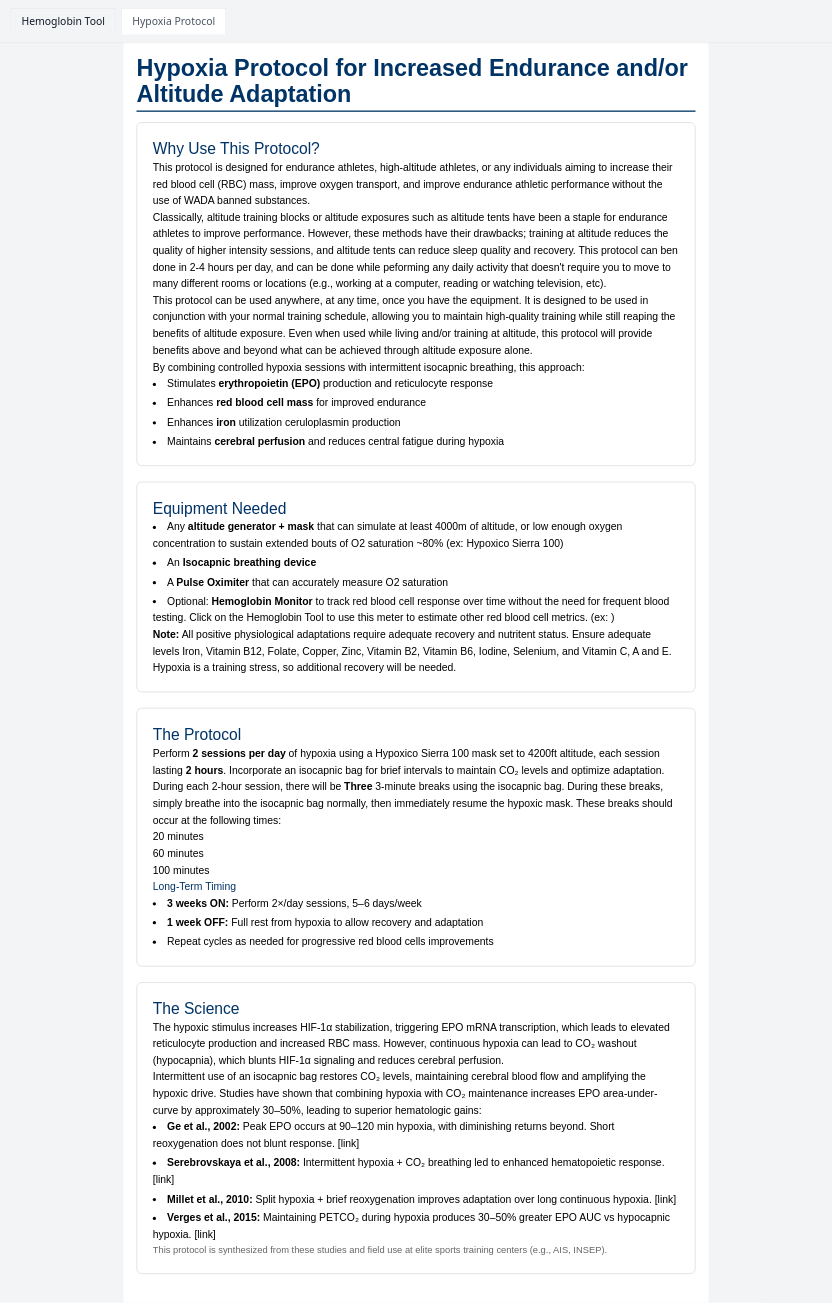
Repository: austenhughes1/hemoglobin_rbc_metrics
Page: hypoxia_protocol.html
An editor plug-in stored every save of this project. The page is shown before and after the next save, followed by the edit.
The browser window is 1280 px wide. The pictures show the whole page, at 65% of full size.
Some web libraries are served in a nearby version.

Above is the page before, as saved 2025-06-25 16:08:03.

After the next save:
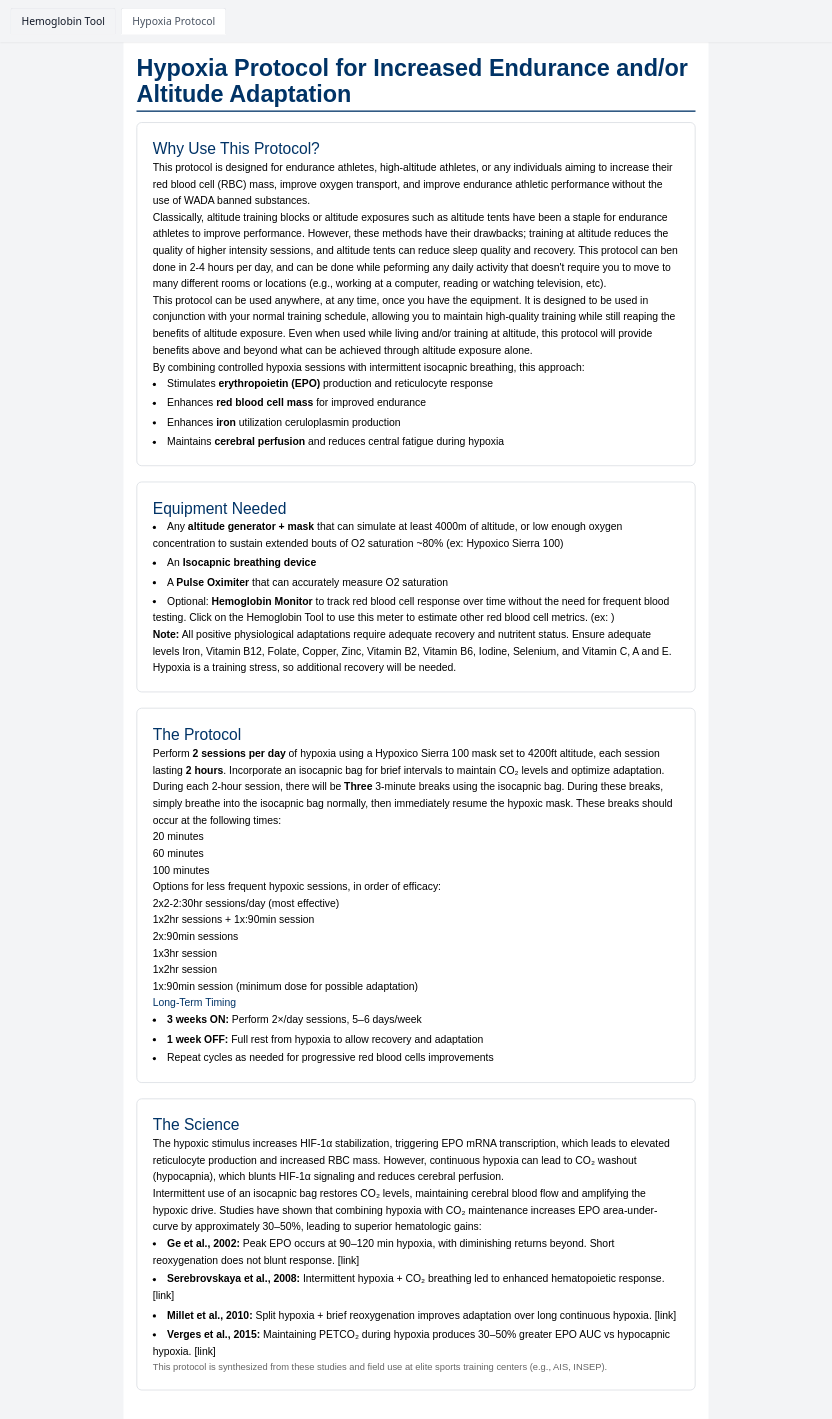
Saved 2 min 33 s later.
--- a/hypoxia_protocol.html
+++ b/hypoxia_protocol.html
@@ -92,6 +92,18 @@
         </ul>
         </p>
 
+        <p>
+        Options for less frequent hypoxic sessions, in order of efficacy:
+        <ul>
+            <li>2x2-2:30hr sessions/day (most effective)</li>
+            <li>1x2hr sessions + 1x:90min session</li>
+            <li>2x:90min sessions</li>
+            <li>1x3hr session</li>
+            <li>1x2hr session</li>
+            <li>1x:90min session (minimum dose for possible adaptation)</li>
+        </ul>
+        </p>
+
         <h3>Long-Term Timing</h3>
         <ul class="list-disc list-inside space-y-1">
         <li><strong>3 weeks ON:</strong> Perform 2×/day sessions, 5–6 days/week</li>
